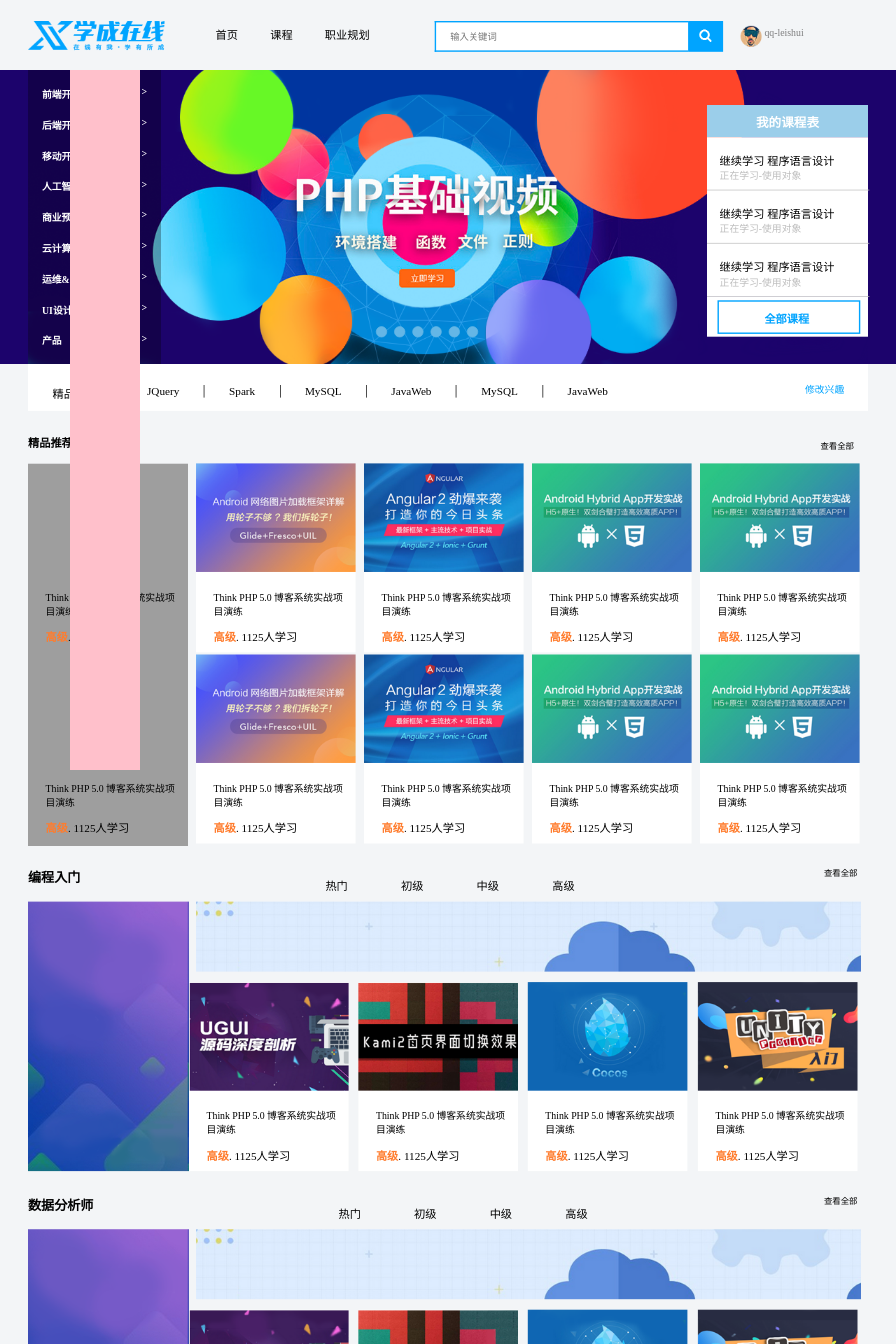
Repository: try-18/web-page-1
Page: index.html
An editor plug-in stored every save of this project. The page is shown before and after the next save, followed by the edit.
The browser window is 1280 px wide. The pictures show the part of the page from y = 0 to 1920 px (the page is 3340 px tall), at 70% of full size.
Pictures or frames that could not be fetched are drawn as grey boxes.

Above is the page before, as saved 2021-11-02 11:48:42.

After the next save:
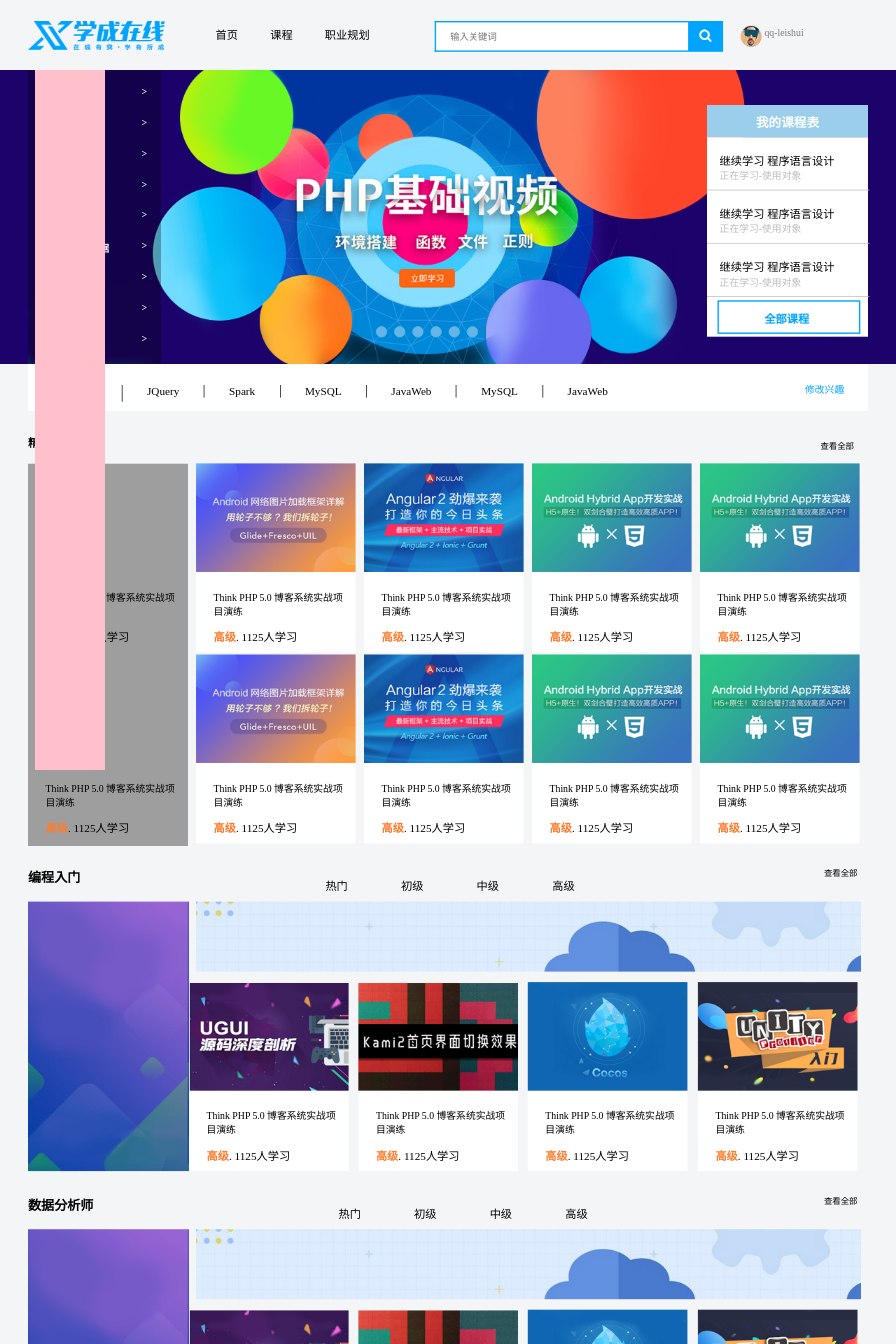
Saved 13 s later.
--- a/index.css
+++ b/index.css
@@ -607,6 +607,6 @@
     height: 1000px;
     position: fixed;
     top: 100px;
-    left: 100px;
+    left: 50px;
     background-color: pink;
 }
